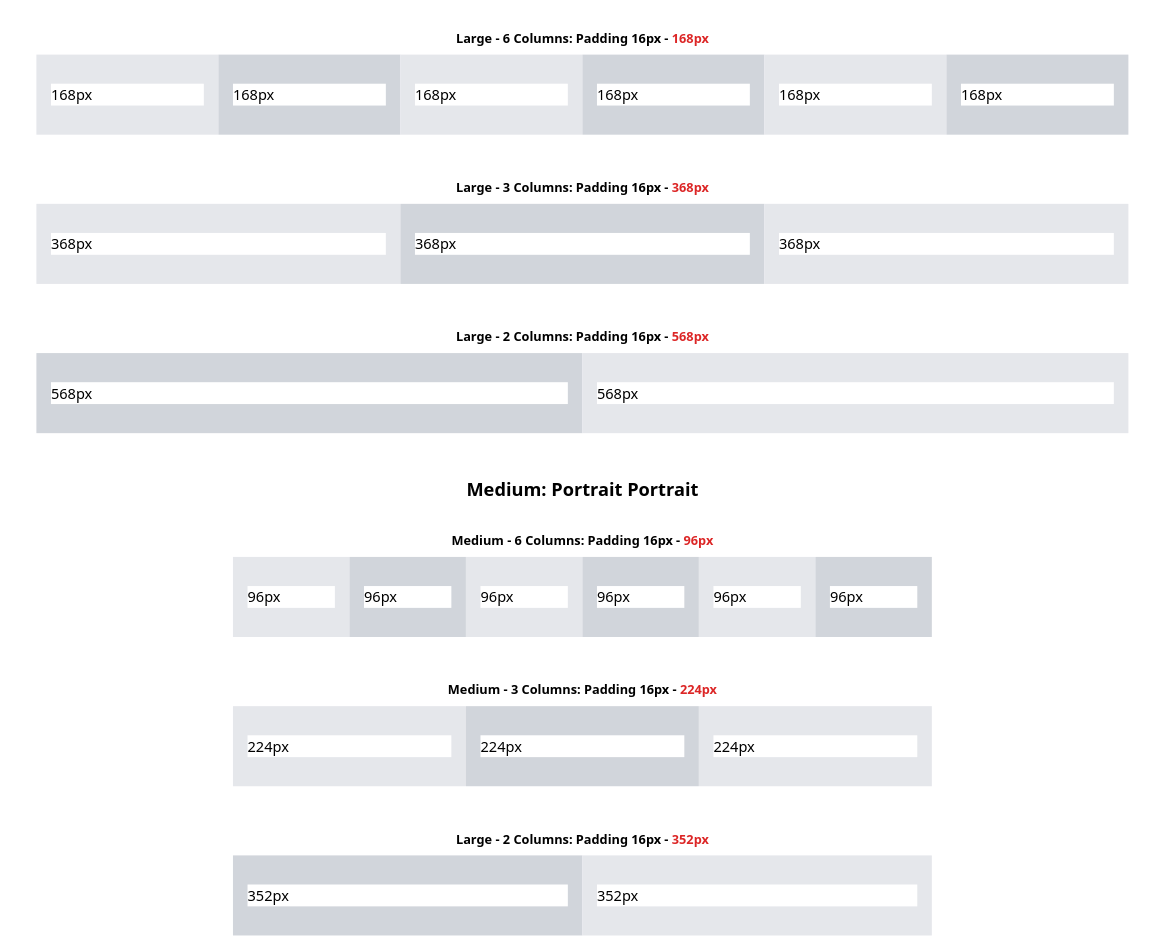
Repository: fabianwurk/vue-tailwind
Page: /
These files come from the project's save history. The page is drawn as it stood at one moment and after the next save; the edit follows.
The browser window is 1280 px wide. The pictures show the whole page, at 91% of full size.
The project was rebuilt for these pictures with package versions that can differ from the ones it lists, and the page was loaded fresh each time. Also part of the build but not shown: vite.config.js.

Above is the page before, as saved 2021-03-16 00:31:37.

After the next save:
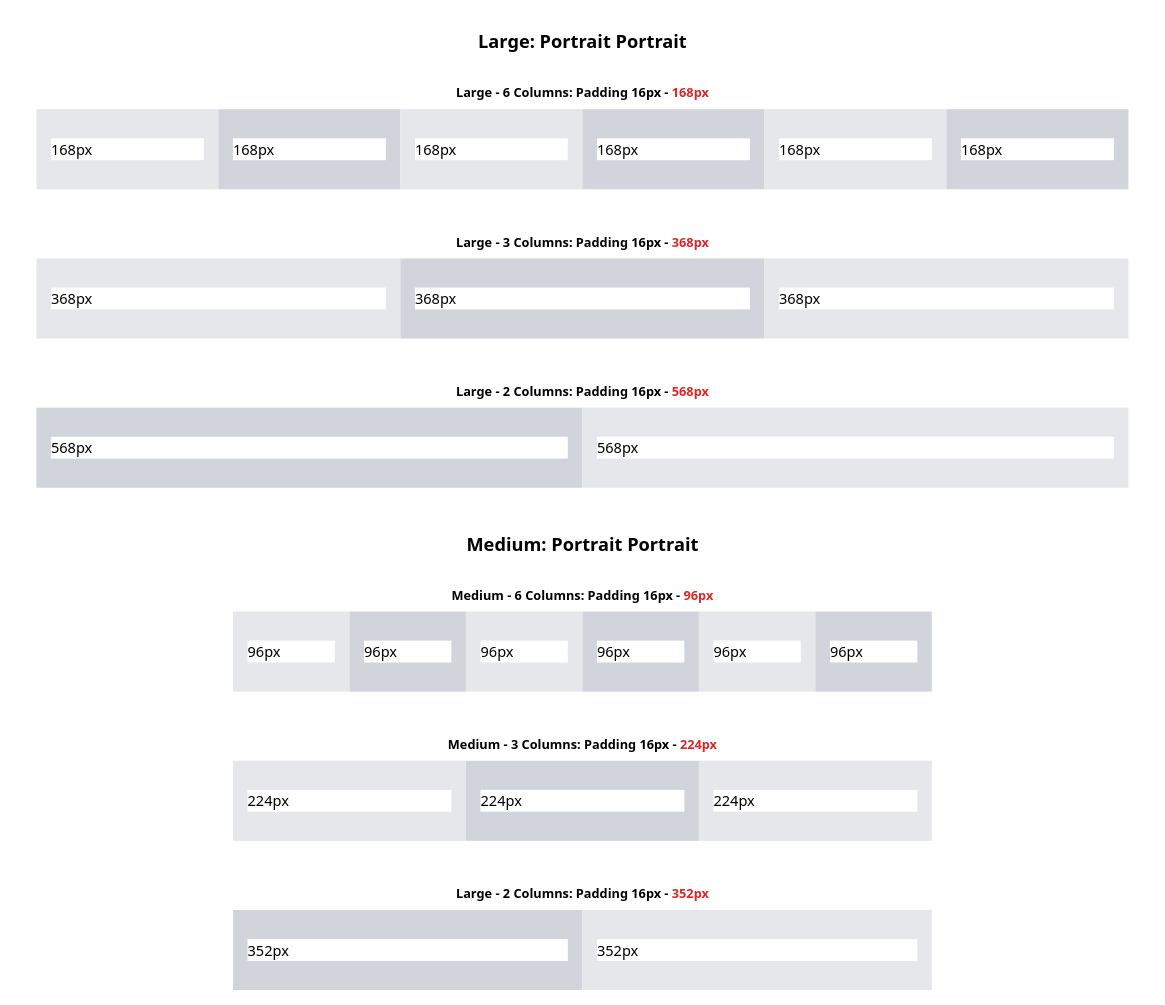
Saved 17 s later.
--- a/src/components/Large.vue
+++ b/src/components/Large.vue
@@ -1,6 +1,6 @@
 <template>
   <div>
-
+  <h1 class="text-xl font-bold mb-2 mt-8 text-center">Large: Portrait Portrait</h1>
   <div class="container mx-auto">
     <h2 class="text-sm font-bold mb-2 mt-8 text-center">Large - 6 Columns: Padding 16px - <span class="text-red-600">{{ sixCol }}</span></h2>
     <div class="flex items-center">
